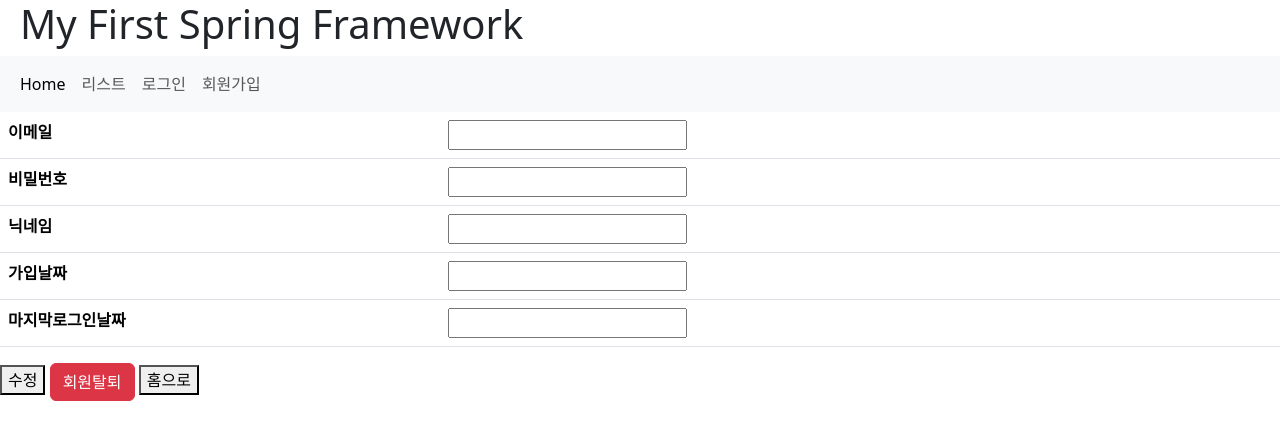
Repository: HongSeungBo/newspring
Page: http://localhost/springProject/WEB-INF/views/member/modify.jsp
An editor plug-in stored every save of this project. The page is shown before and after the next save, followed by the edit.
The browser window is 1280 px wide. The pictures show the whole page.
The page is served by Tomcat 9. Nobody is signed in. The template is opened directly, without the code that normally fills it, so the values that code supplies are empty.

Above is the page before, as saved 2023-10-31 07:47:23.
Console error: SyntaxError: Unexpected identifier 'eventDefault'

After the next save:
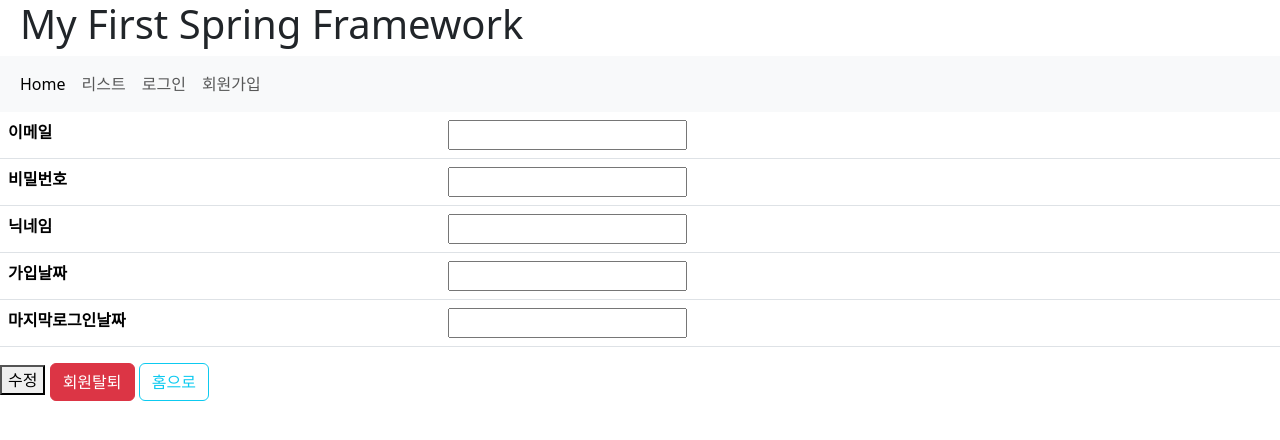
Saved 15 s later.
--- a/springProject/src/main/webapp/WEB-INF/views/member/modify.jsp
+++ b/springProject/src/main/webapp/WEB-INF/views/member/modify.jsp
@@ -46,7 +46,7 @@
 	</table>
 	<button type="submit">수정</button>
 	<a href="/member/remove?email=${my.email }"><button type="button" class="btn btn-danger">회원탈퇴</button></a>
-	<a href="/"><button type="button">홈으로</button></a>
+	<a href="/"><button type="button" class="btn btn-outline-info">홈으로</button></a>
 </form>
 </body>
 </html>
